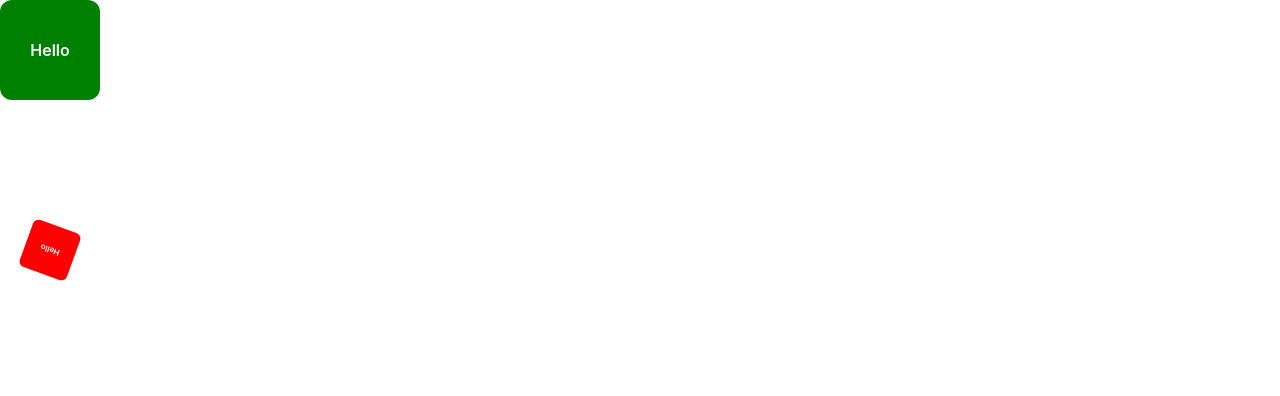
Repository: jr-frazier/visx-test
Page: /svg/1/Square
The author's editor kept a copy of each file at every save. The page is drawn from the files as they stood at one save, then again after the next save.
The browser window is 1280 px wide. The pictures show the whole page.
The project was rebuilt for these pictures with package versions that can differ from the ones it lists, and the page was loaded fresh each time. The framework's server and built-in components were replaced by stand-ins that run in the browser. Also part of the build but not shown: next.config.js.

Above is the page before, as saved 2022-05-09 06:10:29.

### pages/svg/1/Square.tsx
import React, { useRef, useEffect } from 'react';
import { gsap, Sine, Elastic } from 'gsap';

export default function Squares({ squares }: { squares: number }) {
    const boxRef = useRef();
    const squaresArray = new Array(squares).fill(0);

    useEffect(() => {
        if (boxRef.current === undefined) return;

        gsap.to(boxRef.current, {
            y: 100,

            ease: 'elastic.easeOut',
            stagger: 0.1,
        });

        gsap.to(boxRef.current, {
            rotation: 200,
            delay: 1,
            scale: 0.5,
            backgroundColor: 'red',
            ease: 'elastic.easeOut',
            stagger: 0.1,
        });
    });
    return (
        <>
            <div
                style={{
                    width: '100px',
                    height: '100px',
                    borderRadius: '12px',
                    display: 'flex',
                    alignItems: 'center',
                    justifyContent: 'center',
                    textAlign: 'center',
                    background: 'green',
                    fontWeight: 600,
                    color: 'white',
                }}
                className="box"
                ref={boxRef}
            >
                Hello
            </div>
            <div
                style={{
                    width: '100px',
                    height: '100px',
                    borderRadius: '12px',
                    display: 'flex',
                    alignItems: 'center',
                    justifyContent: 'center',
                    textAlign: 'center',
                    background: 'green',
                    fontWeight: 600,
                    color: 'white',
                }}
                className="box"
                ref={boxRef}
            >
                Hello
            </div>
            {/* {squaresArray.map((_, index) => {
                return (
                    <div
                        key={index}
                        style={{
                            width: '100px',
                            height: '100px',
                            borderRadius: '12px',
                            display: 'flex',
                            alignItems: 'center',
                            justifyContent: 'center',
                            textAlign: 'center',
                            background: 'green',
                            fontWeight: 600,
                            color: 'white',
                        }}
                        className="box"
                        ref={boxRef}
                    >
                        Hello
                    </div>
                );
            })} */}
        </>
    );
}

Loaded but not shown: pages/_app.tsx (common file); styles/globals.css (common file)

After the next save:
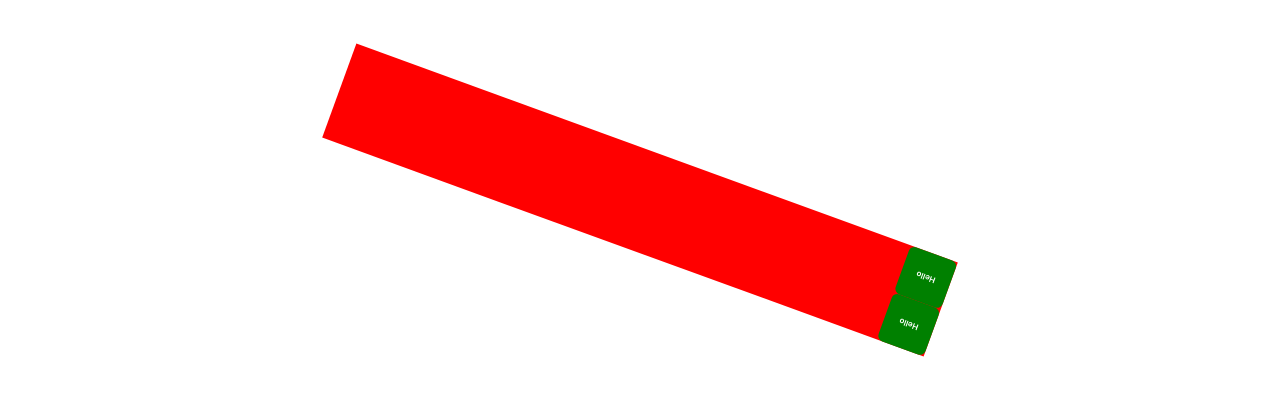
Saved 46 s later.
--- a/pages/svg/1/Square.tsx
+++ b/pages/svg/1/Square.tsx
@@ -25,7 +25,7 @@
         });
     });
     return (
-        <>
+        <div ref={boxRef}>
             <div
                 style={{
                     width: '100px',
@@ -40,7 +40,7 @@
                     color: 'white',
                 }}
                 className="box"
-                ref={boxRef}
+                // ref={boxRef}
             >
                 Hello
             </div>
@@ -58,7 +58,7 @@
                     color: 'white',
                 }}
                 className="box"
-                ref={boxRef}
+                // ref={boxRef}
             >
                 Hello
             </div>
@@ -85,6 +85,6 @@
                     </div>
                 );
             })} */}
-        </>
+        </div>
     );
 }

After the save that followed:
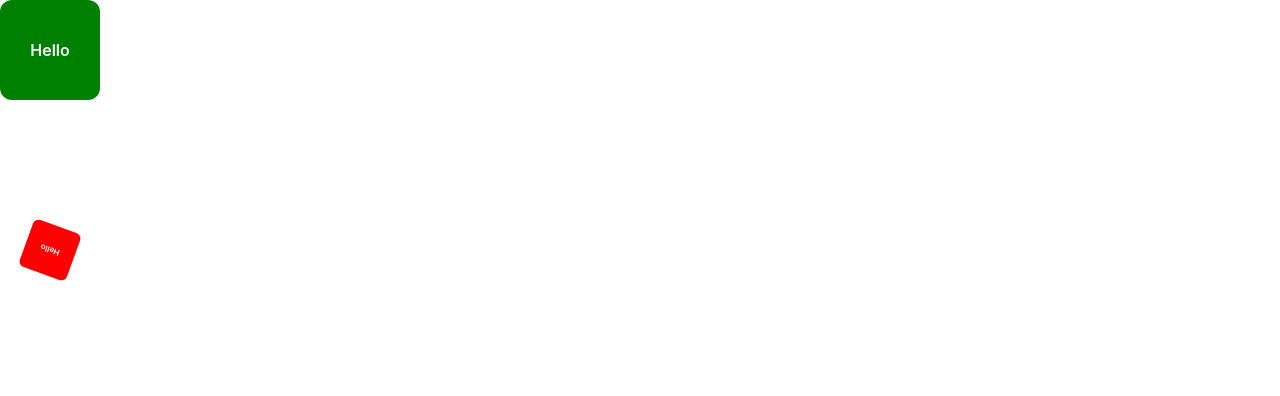
Saved 10 s later.
--- a/pages/svg/1/Square.tsx
+++ b/pages/svg/1/Square.tsx
@@ -25,7 +25,7 @@
         });
     });
     return (
-        <div ref={boxRef}>
+        <div >
             <div
                 style={{
                     width: '100px',
@@ -40,7 +40,7 @@
                     color: 'white',
                 }}
                 className="box"
-                // ref={boxRef}
+                ref={boxRef}
             >
                 Hello
             </div>
@@ -58,7 +58,7 @@
                     color: 'white',
                 }}
                 className="box"
-                // ref={boxRef}
+                ref={boxRef}
             >
                 Hello
             </div>
